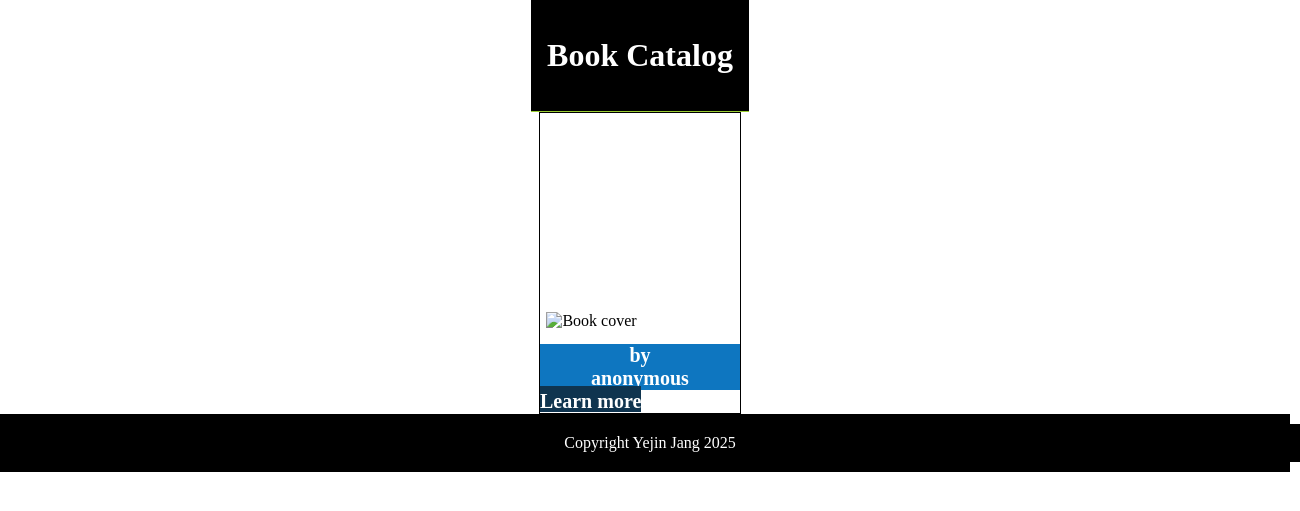
Repository: Yejin-Digital/Lab3-Assignment-BookCatalog
Page: /
An editor plug-in stored every save of this project. The page is shown before and after the next save, followed by the edit.
The browser window is 1280 px wide. The page is 1300 px wide, so the pictures cover 1300 px, including what lies to the right of the window. The pictures show the whole page.
The project was rebuilt for these pictures with package versions that can differ from the ones it lists, and the page was loaded fresh each time. Also part of the build but not shown: vite.config.js.

Above is the page before, as saved 2025-09-13 04:18:19.

### index.html
<!DOCTYPE html>
<html lang="en">
  <head>
    <meta charset="UTF-8" />
    <link rel="icon" type="image/svg+xml" href="/vite.svg" />
    <meta name="viewport" content="width=device-width, initial-scale=1.0" />
    <title>Vite + React</title>
  </head>
  <body>
    <div class="app-header">
      <h1>Book Catalog</h1>
    </div>
    <div id="root"></div>
    <footer class="footer-content">
      <div class="footer-content">Copyright Yejin Jang 2025</div>
    </footer>
    <script type="module" src="/src/main.jsx"></script>
  </body>
</html>

### src/index.css
html {
  font-family: 'Times New Roman', Times, serif;
}

body {
  display: flex;
  align-items: center;
  flex-direction: column;
  margin: 0;
}

.footer-content {
  background-color: black;
  color: white;
  padding: 10px;
  text-align: center;
  width: 100%;
}

h1 {
  background-color: black;
  color: white;
  text-align: center;
  width: 100%;
  margin: 21px 0;
}

.app-header {
  background-color: black;
  border-bottom: 1px solid yellowgreen;
  padding: 16px;
}

### src/App.jsx
import BookListCard from './BookListCard';

function App() {
  return (
    <div>
      <BookListCard author="anonymous" image={'/images/9781484212615.png'} />
    </div>
  );
}

export default App;

### src/BookListCard.jsx
import './BookListCard.css';

function BookListCard(props, image) {
  return (
    <div className="bookCard">
      <div className="bookImage">
        <img src={image} alt="Book cover" />
      </div>
      <div className="bookInfo">
        <p className="bookAuthor">by</p>
        <p className="bookAuthor">{props.author}</p>
        <p className="bookAuthor"></p>
        <a>Learn more</a>
      </div>
    </div>
  );
}

export default BookListCard;

### src/BookListCard.css
.bookCard {
  flex-direction: column;
  border: solid 1px black;
  width: 200px;
  height: 300px;

  display: flex;
  justify-content: flex-end;
}

.bookImage {
  padding: 6.4px;
}
.bookCard img {
  width: 100%;
  height: auto;
  max-height: 200px;
  object-fit: cover;
  margin-bottom: 8px;
}

.bookAuthor {
  font-size: 20px;
  font-weight: bold;
  color: white;
  background-color: rgb(14, 118, 192);
  text-align: center;
  margin: 0;
}

a {
  width: 100%;
  font-size: 20px;
  font-weight: bold;
  color: white;
  background-color: rgb(15, 52, 79);
  text-align: center;
  margin: 0;
  padding: 4px 0 0;
}

Loaded but not shown: src/main.jsx (common file)

After the next save:
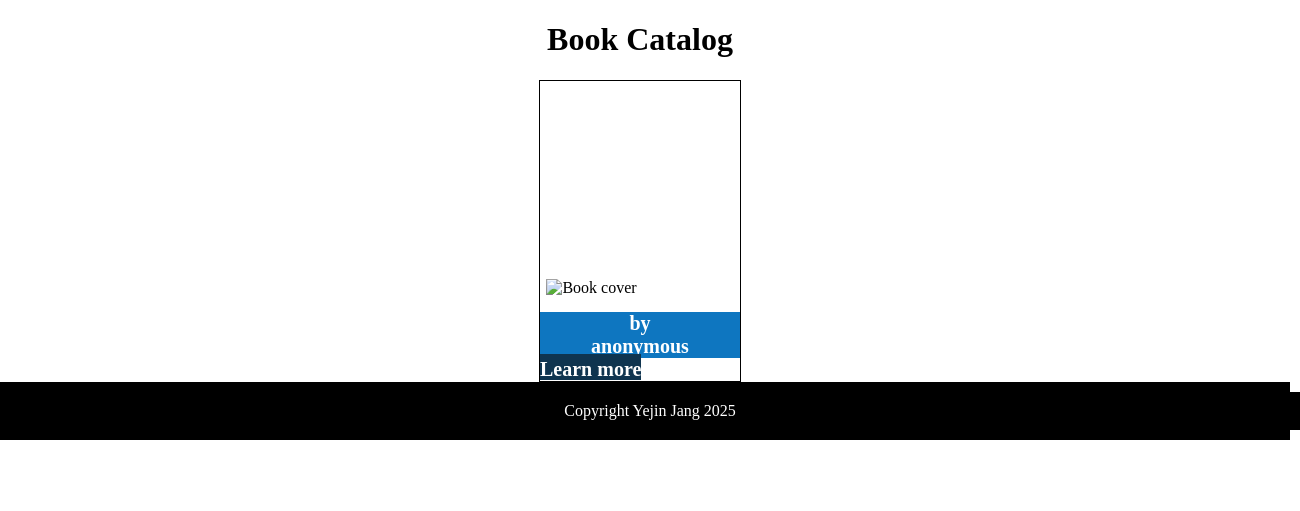
Saved 102 s later.
--- a/src/index.css
+++ b/src/index.css
@@ -17,16 +17,11 @@ body {
   width: 100%;
 }
 
-h1 {
+h1 .app-header {
   background-color: black;
   color: white;
   text-align: center;
   width: 100%;
   margin: 21px 0;
+  border-bottom: 1px solid yellowgreen;
 }
-
-.app-header {
-  background-color: black;
-  border-bottom: 1px solid yellowgreen;
-  padding: 16px;
-}
